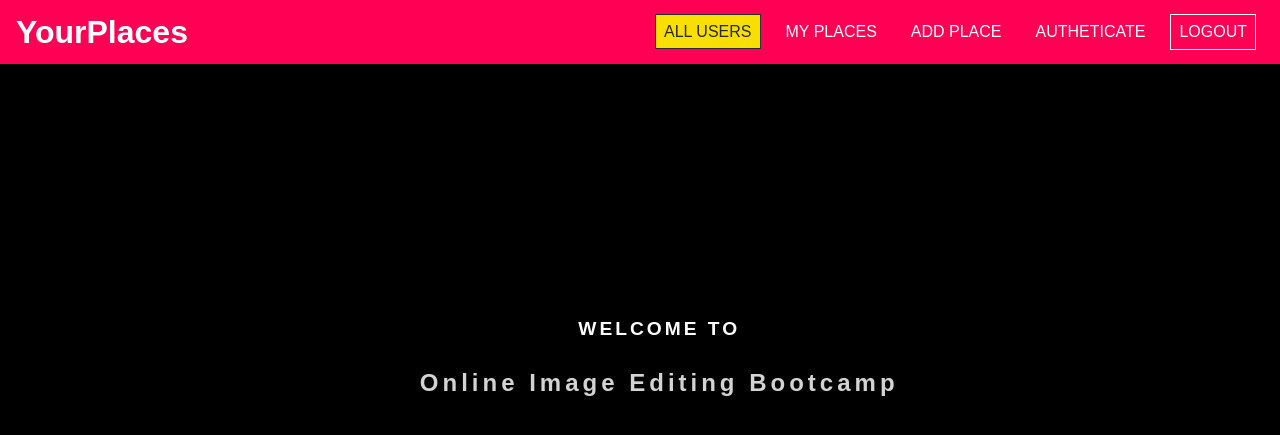
Repository: TanviSanyal/ImageEditingBootcamp
Page: /
An editor plug-in stored every save of this project. The page is shown before and after the next save, followed by the edit.
The browser window is 1280 px wide. The pictures show the whole page.
The project was rebuilt for these pictures with package versions that can differ from the ones it lists, and the page was loaded fresh each time. Also part of the build but not shown: src/shared/components/navigation/SideDrawer.css, src/shared/components/UIElements/Backdrop.css, src/shared/components/UIElements/Backdrop.js.

Above is the page before, as saved 2020-09-26 23:04:58.

After the next save:
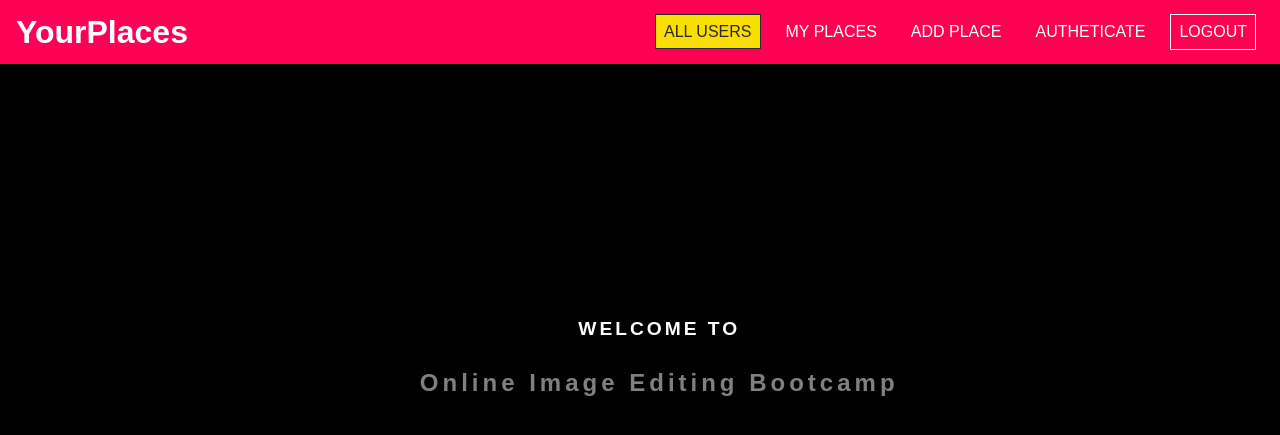
Saved 18 s later.
--- a/src/App.css
+++ b/src/App.css
@@ -10,13 +10,13 @@
 }
 
 span{
-  color: lightgrey;
+  color: grey;
   font-size: 120%;
   letter-spacing: 3PX;
   font-weight: 700;
 }
 p{
-  color: lightgray;
+  color: grey;
   font-size: 150%;
   letter-spacing: 4PX;
   line-height: 37PX;
